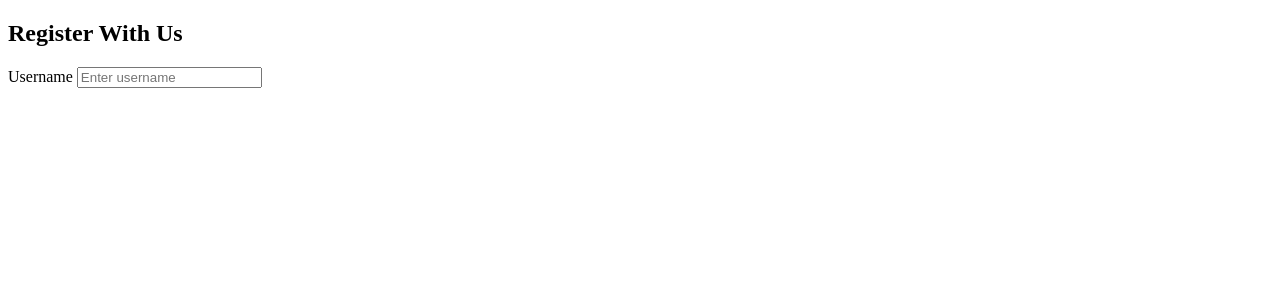
Repository: atko87/Form-Validator-Intro-
Page: index.html
An editor plug-in stored every save of this project. The page is shown before and after the next save, followed by the edit.
The browser window is 1280 px wide. The pictures show the whole page.

Above is the page before, as saved 2020-03-07 22:44:23.

### index.html
<!DOCTYPE html>
<html lang="en">
  <head>
    <meta charset="UTF-8" />
    <meta name="viewport" content="width=device-width, initial-scale=1.0" />
    <link rel="stylesheet" href="style.css" />
    <title>Form Validator</title>
  </head>
  <body>
    <div class="container">
      <form id="form" class="form">
        <h2>Register With Us</h2>
        <div class="form-control">
          <label for="username">Username</label>
          <input type="text" id="username" placeholder="Enter username" />
        </div>
      </form>
    </div>

    <script src="script.js"></script>
  </body>
</html>

Loaded but not shown: script.js (no copy from this time; the picture is the same without it); style.css (no copy from this time; the picture is the same without it)

After the next save:
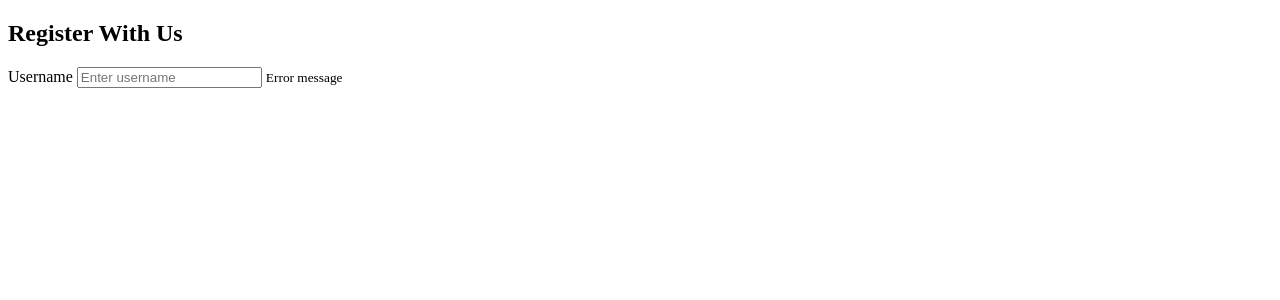
Saved 48 s later.
--- a/index.html
+++ b/index.html
@@ -13,6 +13,7 @@
         <div class="form-control">
           <label for="username">Username</label>
           <input type="text" id="username" placeholder="Enter username" />
+          <small>Error message</small>
         </div>
       </form>
     </div>
